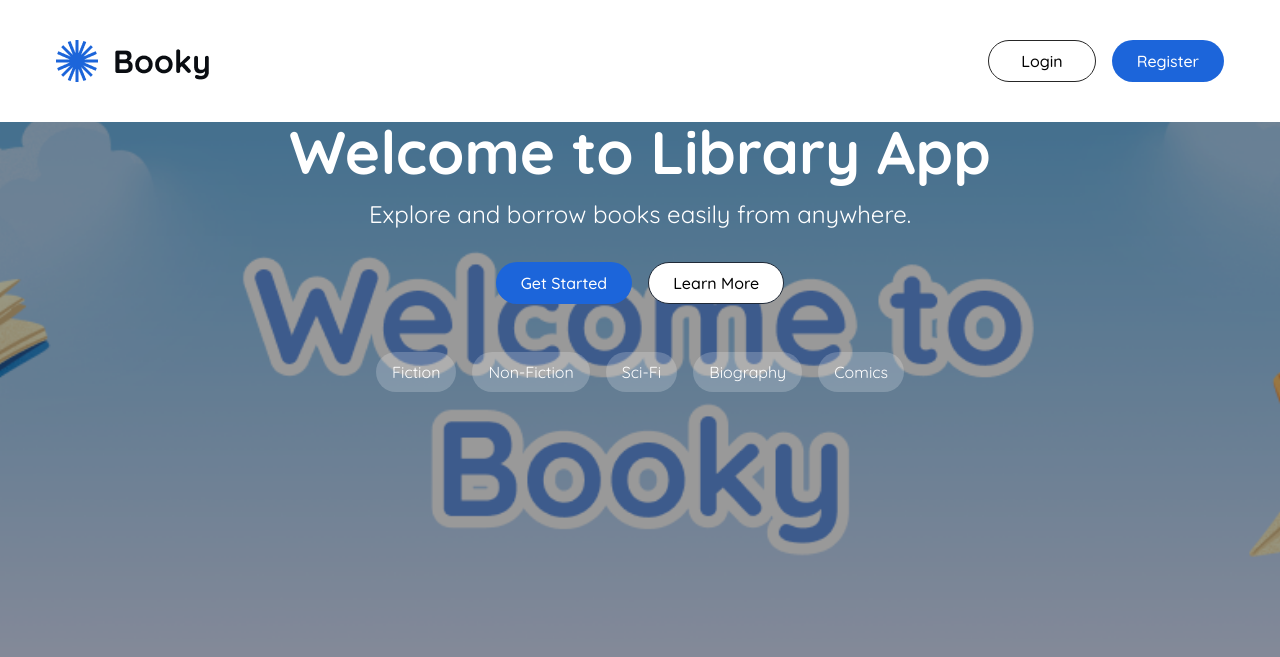
Repository: faridsyafaat/library-app
Page: /
These files come from the project's save history. The page is drawn as it stood at one moment and after the next save; the edit follows.
The browser window is 1280 px wide. The pictures show the whole page.
The project was rebuilt for these pictures with package versions that can differ from the ones it lists, and the page was loaded fresh each time. Also part of the build but not shown: vite.config.ts, src/pages/Login.tsx, src/pages/Register.tsx.

Above is the page before, as saved 2025-11-24 17:48:12.

### index.html
<!doctype html>
<html lang="en">
  <head>
    <meta charset="UTF-8" />
    <link rel="icon" type="image/svg+xml" href="/vite.svg" />
    <meta name="viewport" content="width=device-width, initial-scale=1.0" />
    <title>library-app</title>
  </head>
  <body>
    <div id="root"></div>
    <script type="module" src="/src/main.tsx"></script>
  </body>
</html>

### src/index.css
@import url('https://fonts.googleapis.com/css2?family=Quicksand:wght@300;400;500;600;700&display=swap');
@tailwind base;
@tailwind components;
@tailwind utilities;

:root {
  font-family: system-ui, Avenir, Helvetica, Arial, sans-serif;
  line-height: 1.5;
  font-weight: 400;
  font-synthesis: none;
  text-rendering: optimizeLegibility;
  -webkit-font-smoothing: antialiased;
  -moz-osx-font-smoothing: grayscale;
}

a {
  font-weight: 500;
  color: #646cff;
  text-decoration: inherit;
}
a:hover {
  color: #535bf2;
}

body {
  margin: 0;
  min-height: 100vh;
  }

h1 {
  font-size: 3.2em;
  line-height: 1.1;
}

button {
  border-radius: 8px;
  border: 1px solid transparent;
  padding: 0.6em 1.2em;
  font-size: 1em;
  font-weight: 500;
  font-family: inherit;
  background-color: #1a1a1a;
  cursor: pointer;
  transition: border-color 0.25s;
}
button:hover {
  border-color: #646cff;
}
button:focus,
button:focus-visible {
  outline: 4px auto -webkit-focus-ring-color;
}

@media (prefers-color-scheme: light) {
  :root {
    color: #213547;
    background-color: #ffffff;
  }
  a:hover {
    color: #747bff;
  }
  button {
    background-color: #f9f9f9;
  }
}

.container-custom {
  max-width: 1200px;
  margin-left: auto;
  margin-right: auto;
  padding-left: 1rem;
  padding-right: 1rem;
}

@layer base {
  body {
    @apply font-quicksand;
  }
}

### src/App.tsx
import { BrowserRouter as Router, Routes, Route, } from "react-router-dom";
import HomeBefore from "./pages/HomeBefore";
import Login from "./pages/Login";
import Register from "./pages/Register";


function App() {


  return (
    <Router>
      <Routes>
        <Route path="/" element={<HomeBefore />} />
        <Route path="/login" element={<Login />} />
        <Route path="/register" element={<Register />} />

      </Routes>
    </Router>
  );
}

export default App;

### src/pages/HomeBefore.tsx
import NavbarBefore from "@/components/layout/NavbarBefore";
import HeroSection from "@/components/sections/HeroSection";

export default function HomeBefore() {
  return (
    <div>
      <NavbarBefore />
      <HeroSection />

    </div>
  );
}

### src/components/layout/NavbarBefore.tsx
import Button from "@/components/ui/Button";
import { useNavigate } from "react-router-dom";

export default function NavbarBefore() {
  const navigate = useNavigate();

  return (
    <nav className="sticky top-0 z-50 bg-white">
      <div className="container mx-auto flex justify-between items-center py-10 px-4">
        {/* Logo */}
        <div className="flex items-left gap-2">
          <img src="/icon/booky.png" alt="Booky Logo" className="w-[155px] h-[42px]" />
        </div>

        {/* Buttons */}
        <div className="flex gap-4">
          <Button
            variant="outline"
            className="bg-white text-black border border-neutral-800 px-8 py-2"
            onClick={() => navigate("/login")}
          >
            Login
          </Button>
          <Button
            variant="default"
            className="px-10 py-2"
            onClick={() => navigate("/register")}
          >
            Register
          </Button>
        </div> {/* Tutup div buttons */}
      </div> {/* Tutup div container */}
    </nav>
  );
}

### src/components/sections/HeroSection.tsx
import Button from "@/components/ui/Button";

const bookCategories = ["Fiction", "Non-Fiction", "Sci-Fi", "Biography", "Comics"];

export default function HeroSection() {
  return (
    <section className="custom-container">

      <div className="absolute inset-0">
        <img
          src="/image/herosection.png"
          alt="Hero Background"
          className="w-full h-full object-cover"
        />
        <div className="absolute inset-0 bg-black/40"></div>
      </div>


      <div className="relative z-10 flex flex-col justify-center items-center h-full text-center text-white px-6">

        <h1 className="text-4xl md:text-6xl font-bold mb-4">
          Welcome to Library App
        </h1>
        <p className="text-lg md:text-2xl mb-8">
          Explore and borrow books easily from anywhere.
        </p>
        <div className="flex gap-4 mb-12">
          <Button variant="default">Get Started</Button>
          <Button variant="outline">Learn More</Button>
        </div>

        {/* Bawah: List Jenis Buku */}
        <div className="flex flex-wrap justify-center gap-4">
          {bookCategories.map((category) => (
            <span
              key={category}
              className="bg-white/20 px-4 py-2 rounded-full cursor-pointer hover:bg-white/40 transition"
            >
              {category}
            </span>
          ))}
        </div>
      </div>
    </section>
  );
}

### src/components/ui/Button.tsx
import React from "react";
import clsx from "clsx";

interface ButtonProps extends React.ButtonHTMLAttributes<HTMLButtonElement> {
  variant?: "default" | "outline" | "short";
  size?: "sm" | "md" | "lg";
}

const Button: React.FC<ButtonProps> = ({
  variant = "default",
  className,
  children,
  ...props
}) => {
  const baseStyle = "inline-flex items-center justify-center font-medium focus:outline-none rounded-full disabled:opacity-50 disabled:pointer-events-none";

  const variants: Record<string, string> = {
    default: "bg-[#1C65DA] text-white px-6 py-2 hover:bg-blue-600",
    outline: "border border-gray-800 text-black bg-white px-6 py-2 hover:bg-gray-100",
    short: "px-4 py-2 rounded-md text-sm",
  };

  return (
    <button className={clsx(baseStyle, variants[variant], className)} {...props}>
      {children}
    </button>
  );
};

export default Button;

### tailwind.config.js
/** @type {import('tailwindcss').Config} */
module.exports = {
  content: [
    "./index.html",
    "./src/**/*.{js,ts,jsx,tsx}",
  ],
  theme: {
    extend: {
      fontFamily: {
        quicksand: ["Quicksand", "sans-serif"],
      },
    },
    container: {
      center: true,
      padding: '1rem',
      screens: {
        sm: "640px",
        md: "768px",
        lg: "1200px", // container lg = 1200px
        xl: "1200px",
        "2xl": "1200px"
      }
    }
  },
  plugins: [],
};

Loaded but not shown: src/main.tsx (common file)

After the next save:
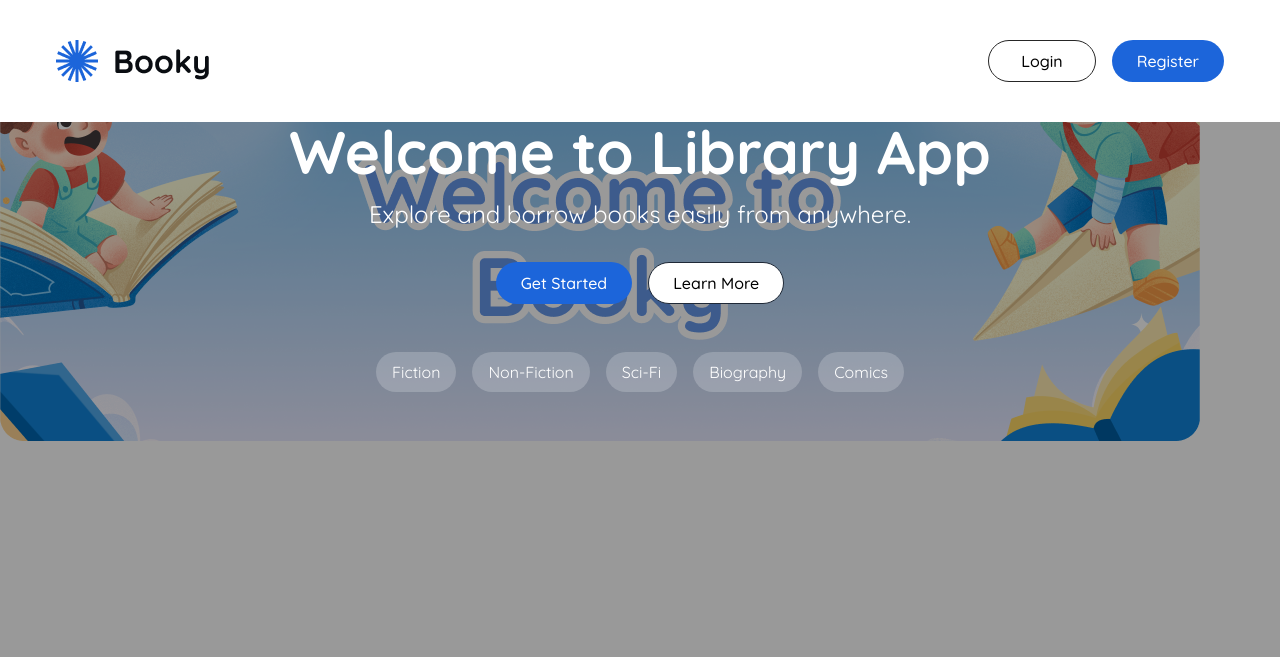
Saved 23 s later.
--- a/src/components/sections/HeroSection.tsx
+++ b/src/components/sections/HeroSection.tsx
@@ -10,7 +10,7 @@
         <img
           src="/image/herosection.png"
           alt="Hero Background"
-          className="w-full h-full object-cover"
+          className=""
         />
         <div className="absolute inset-0 bg-black/40"></div>
       </div>
